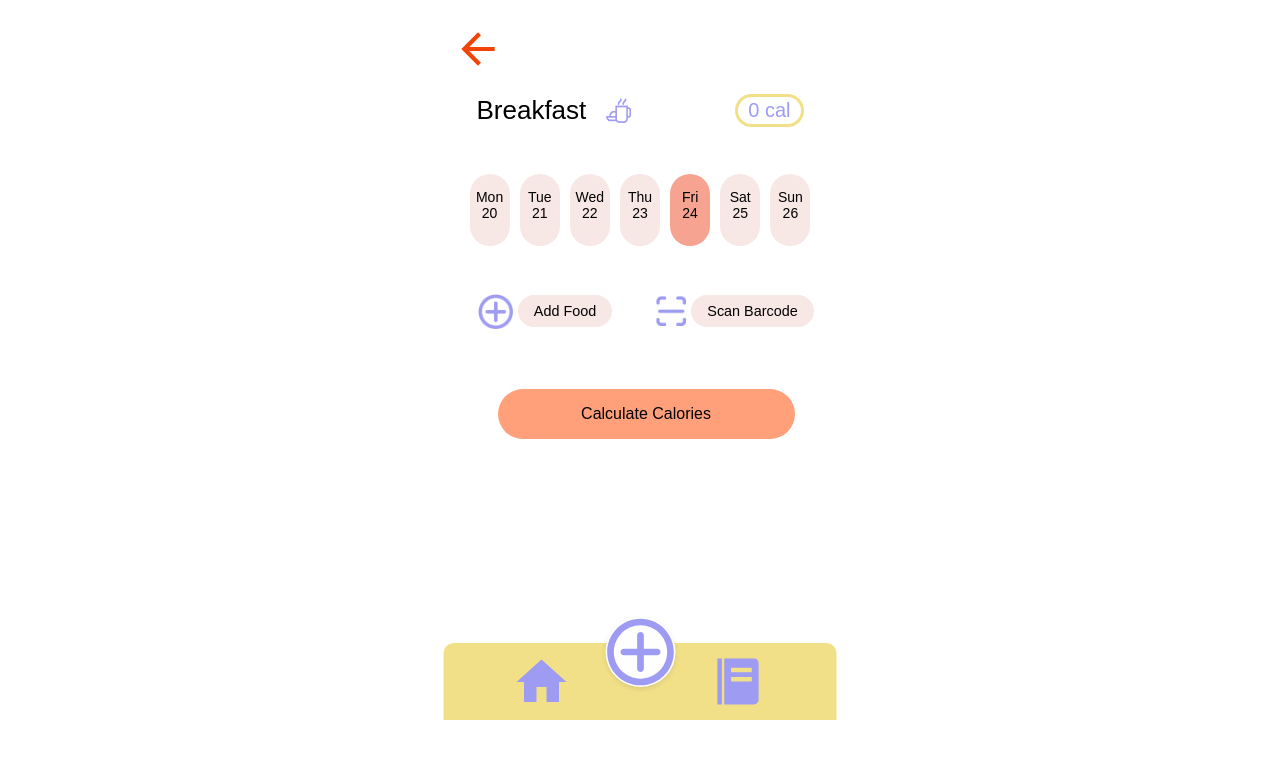
Repository: MeowCeline00/G5-Calorie-Tracker
Page: breakfastAddPage/index.html
These files come from the project's save history. The page is drawn as it stood at one moment and after the next save; the edit follows.
The browser window is 1280 px wide. The pictures show the whole page.

Above is the page before, as saved 2024-05-26 07:40:41.
Console error: ReferenceError: renderLandingPage is not defined

### breakfastAddPage/index.html
<!DOCTYPE html>
<html lang="en">

<head>
  <meta charset="UTF-8">
  <meta name="viewport" content="width=device-width, initial-scale=1.0">
  <title>Calorie Tracker</title>
  <link rel="stylesheet" href="/breakfastAddPage/styles.css">
  <link rel="stylesheet" href="/styles/Home.css">
</head>

<body>
  <div class="container">
    <a href="/addPage/Add.html" ><img src="/images/back_button.svg" ></a>
    <header class="header">
      <h1 class="title">Breakfast</h1>
      <img src="/images/breakfast.png" alt="Add Icon" width="25" height="25">
      <button class="calButton">0 cal</button>
    </header>
    <section class="dateSelector">
      <button class="dateNav" id="prevDate">
      </button>
      <div class="dates" id="dateList"></div>
      <button class="dateNav" id="nextDate">
      </button>
    </section>
    <main>
      <div class="actions">
        <div class="actions">
          <img src="/images/add.png" alt="Add Icon" width="35" height="35">
          <button class="action-btn" id="showFormButton">Add Food</button>
        </div>
        <div class="actions">
          <img src="/images/scan.png" alt="Scan Icon" width="30" height="30">
          <button class="action-btn">Scan Barcode</button>
        </div>
      </div>
      <div class="food-list">
      </div>
      <button class="calculate-btn" id="calculateButton">
        <a href="/BreakfastCalCounter/index.html" class="calculate-btn-link">Calculate Calories</a>
    </button>
    </main>
    <div class="popup-container" id="foodFormContainer">
      <div class="popup">
        <input type="text" id="foodName" placeholder="Food Name">
        <input type="number" id="foodAmount" placeholder="Amount (g)">
        <input type="number" id="foodCalories" placeholder="Calories">
        <button id="addFoodButton">Add</button>
        <button id="cancelButton">Cancel</button>
      </div>
    </div>
  </div>
  <div class="navContainer">
    <nav class="navbar">
      <div class="navItem" onclick="navigateTo('home2')">
        <img src="/images/home_icon.svg" alt="Home" width="60" height="60" />
      </div>
      <div class="addButtonContainer">
        <div class="addnewButton" onclick="navigateTo('addNew')">
          <img src="/images/add_icon.svg" alt="Add" width="80" height="80" />
        </div>
      </div>
      <div class="navItem" onclick="navigateTo('recipes')">
        <img src="/images/recipes_icon.svg" alt="Recipes" width="55" height="55" />
      </div>
    </nav>
  </div>
  <script src="/addPage/script.js"></script>
  <script src="./scripts/home.js"></script>
  <script src="/scripts/app.js"></script>
  <script src="/scripts/navbar.js"></script>
</body>
</html>

### breakfastAddPage/styles.css
.container {
  max-width: 375px;
  margin: 0 auto;
  padding: 1rem;
  min-height: 100vh;
  border-radius: 10px;
  overflow-y: auto;
}
.header {
  display: flex;
  justify-content: space-between;
  align-items: center;
  width: 100%;
}
.title {
  font-size: 26px;
  font-family: 'Saira', sans-serif;
  font-weight: 500;
  margin-left: auto;
  margin-right: 20px;
}
.header img {
  margin-right: 80px;
}
.calButton {
  margin: 0 auto;
  background-color: transparent;
  color: #9E9BF2;
  border: 3px solid #F2E088;
  padding: 0px 10px;
  text-align: center;
  min-width: 55px;
  height: 33px;
  border-radius: 40px;
  font-size: 20px;
  font-family: 'Catamaran', sans-serif;
  display: inline-block;
}
.dateSelector {
  display: flex;
  justify-content: center;
  align-items: center;
  margin: 10px 0;
}
.dateNav {
  background-color: transparent;
  border: none;
  text-align: center;
  font-size: 20px;
}
.dates {
  display: flex;
  text-align: center;
  justify-content: space-around;
  width: 100%;
}
.date {
  width: 40px;
  height: 57px;
  background-color: #F7E8E5;
  padding-top: 15px;
  margin: 20px 5px;
  margin-bottom: 38px;
  border-radius: 20px;
  text-align: center;
  cursor: pointer;
  font-size: 14px;
  font-family: 'Catamaran', sans-serif;
}
.date:hover {
  background-color: rgba(242, 126, 99, 0.7);
}
.active {
  background-color: rgba(242, 126, 99, 0.7);
}
.currentDay {
  background-color: rgba(242, 126, 99, 0.7);
}
.delete-btn {
  background: none;
  border: none;
  font-size: 1.2rem;
  cursor: pointer;
}
.calculate-btn {
  margin-left: 45px;
  width: 297px;
  height: 50px;
  text-align: center;
  background-color: #ffa07a;
  border: none;
  border-radius: 36px;
  padding: 0.7rem;
  font-size: 1rem;
  cursor: pointer;
  margin-bottom: 100px;
}
.calculate-btn-link {
  text-decoration: none;
  color: black;
}
.actions {
  display: flex;
  justify-content: space-between;
  margin-bottom: 1rem;
  display: flex;
  width: 100%;
  justify-content: center;
  align-items: center;
  gap: 5px;
  margin-bottom: 30px;
}
.action-btn {
  background-color: #F7E8E5;
  border: none;
  padding: 0.5rem 1rem;
  font-size: 0.9rem;
  font-family: 'Catamaran', sans-serif;
  border: none;
  border-radius: 18px;
  cursor: pointer;
}
.action-btn:hover {
  background-color: rgba(242, 126, 99, 0.7);
}
.buttons {
  display: flex;
  width: 100%;
  justify-content: center;
  align-items: center;
  gap: 5px;
  margin-bottom: 30px;
}
.bottomContainer {
  margin-top: 30px;
  width: 100%;
}
.bottomContainer button {
  font-family: 'Catamaran';
  font-size: large;
  background-color: var(--light_orange_opacity);
  border: none;
  padding: 7px 60px;
  border-radius: 25px;
  cursor: pointer;
}
.bottomContainer button:hover {
  background-color: var(--light_orange);
}
.popup-container {
  display: none;
  position: fixed;
  top: 0;
  left: 0;
  width: 100%;
  height: 100%;
  justify-content: center;
  align-items: center;
  background-color: rgba(0, 0, 0, 0.5);
  z-index: 9999;
}
.popup {
  background-color: #F7E8E5;
  width: 300px;
  padding: 20px;
  border-radius: 10px;
  box-shadow: 0 2px 5px rgba(0, 0, 0, 0.2);
}
.popup input[type="text"],
.popup input[type="number"] {
  width: calc(100% - 40px);
  padding: 10px;
  margin-bottom: 10px;
  border: 1px solid #F7E8E5;
  border-radius: 5px;
  margin-left: 10px;
}
.popup button {
  padding: 10px 20px;
  margin-right: 10px;
  border: none;
  border-radius: 5px;
  cursor: pointer;
}
#addFoodButton {
  background-color: #ffa07a;
  color: #000;
  margin-left: 70px;
}
#cancelButton {
  background-color: #F2E088;
  color: #000;
}
#addFoodButton:hover {
  background-color: rgb(255, 160, 122, 0.6);
}
#cancelButton:hover {
  background-color: rgb(242, 224, 136, 0.6);
}
.inputContainer {
  width: 330px;
  display: flex;
  gap: 10px;
  margin: 0 auto;
  justify-content: flex-start;
  align-items: center;
  background: #F7E8E5;
  border-radius: 20px;
  margin-bottom: 15px;
  position: relative;
  padding-left: 20px;
  padding-right: 10px;

}

.inputBox {
  flex-grow: 1;
}
.inputBox input {
  border: 1px solid #F7E8E5;
  margin-top: 5px;
  font-size: medium;
  background-color: #F7E8E5;
}
.inputBox p {
  text-align: left;
  color: #9E9BF2;
  font-size: small;
  margin-top: 5px;
}
.calories {
  display: flex;
  justify-content: center;
  color: #9E9BF2;
  align-items: center;
  margin-right: 60px;

  gap: 5px;
}
.number {
  font-size: 20px;
}
.trash {
  cursor: pointer;
  position: absolute;
  right: 20px;
}

### styles/Home.css
#root {
    width: 393px;
    height: 852px;
    background-color: #fff;
    border-radius: 10px;
    overflow: hidden;
    position: relative;
}

.mainContent {
    width: 100%;
    height: 100%;
    display: flex;
    flex-direction: column;
    justify-content: flex-start;
    position: relative;
}

.topBar {
    padding: 15px 20px;
    background-color: #fff;
    display: flex;
    justify-content: space-between;
    align-items: center;
    z-index: 1;
}

.greeting {
    display: flex;
    flex-direction: column;
    text-align: left;
}

.greeting h2 {
    margin: 0;
    font-size: 1.5rem;
    color: #000;
}

.greeting p {
    margin: 0;
    font-size: 1rem;
    color: #666;
}

.profileIcon {
    display: flex;
    align-items: center;
    justify-content: center;
    cursor: pointer;
}

.dateChange {
    display: flex;
    justify-content: center;
    align-items: center;
    padding: 10px 0;
    background-color: #fff;
}

.meal_container {
    flex: 1;
    width: 100%;
    padding: 20px;
    box-sizing: border-box;
    overflow-y: auto;
    position: relative;
    z-index: 0;
}

.meals {
    width: 100%;
    padding: 10px 0;
    box-sizing: border-box;
}

.mealItem {
    display: flex;
    flex-direction: column;
    justify-content: space-between;
    align-items: flex-start;
    padding: 15px;
    margin: 10px 0;
    border-radius: 12px;
    background-color: var(--light_pink);
    width: 100%;
    height: auto;
    box-shadow: 0 2px 5px rgba(0, 0, 0, 0.1);
}

.mealHeading {
    font-weight: bold;
    margin-bottom: 10px;
    font-size: 1.2rem;
}

.mealDetails {
    display: flex;
    align-items: center;
    width: 100%;
    justify-content: space-between;
}

.mealDetails p {
    margin-left: 10px;
    color: #9E9BF2;
}

.calorieContainer {
    display: flex;
    align-items: center;
    justify-content: space-between;
    background-color: white;
    border: 4px solid #F2E088;
    border-radius: 30px;
    padding: 5px 10px;
}

.addButton {
    background: none;
    border: none;
    cursor: pointer;
    margin-left: 10px;
}

.navContainer {
    width: 100%;
    max-width: 393px;
    height: 77px;
    display: flex;
    position: fixed;
    bottom: 0;
    left: 50%;
    transform: translateX(-50%);
    background-color: #F2E088;
    border-radius: 10px 10px 0 0;
    justify-content: space-between;
    align-items: center;
    box-sizing: border-box;
    z-index: 1000;
}

.navbar {
    width: 100%;
    display: flex;
    justify-content: space-between;
    align-items: center;
    position: relative;
}

.navItem {
    display: flex;
    cursor: pointer;
    flex: 1;
    justify-content: center;
}

.addButtonContainer {
    display: flex;
    justify-content: center;
    align-items: center;
    width: 70px;
    height: 70px;
    background-color: #ffffff;
    border-radius: 50%;
    position: absolute;
    top: -35px;
    left: 50%;
    transform: translateX(-50%);
    cursor: pointer;
    box-shadow: 0 2px 5px rgba(0, 0, 0, 0.1);
}

.addnewButton {
    display: flex;
    justify-content: center;
    align-items: center;
    border-radius: 50%;
}

### addPage/script.js
const getDayOfWeek = (date) => {
  const dayIndex = date.getDay();
  return dayIndex === 0 ? 6 : dayIndex - 1;
};

const currentDate = new Date();
currentDate.setDate(24);
currentDate.setMonth(4);

const generateDays = () => {
  const days = [];
  const currentDayOfWeek = getDayOfWeek(currentDate);

  for (let i = 0; i < 7; i++) {
    const date = new Date(currentDate);
    date.setDate(date.getDate() - currentDayOfWeek + i);
    days.push({
      day: date.toLocaleDateString('en-US', { weekday: 'short' }),
      date: date.getDate(),
      isToday: date.getDate() === currentDate.getDate(),
    });
  }

  return days;
};

const days = generateDays();
let activeIndex = currentDate.getDate() - 1;

const renderDates = () => {
  const dateList = document.getElementById('dateList');
  dateList.innerHTML = '';
  days.forEach((day, index) => {
    const dateElement = document.createElement('span');
    dateElement.className = `date ${index === activeIndex ? 'active' : ''} ${day.isToday ? 'currentDay' : ''}`;
    dateElement.innerHTML = `${day.day}<br />${day.date}`;
    dateElement.onclick = () => setActiveIndex(index);
    dateList.appendChild(dateElement);
  });
};

const setActiveIndex = (index) => {
  activeIndex = index;
  renderDates();
};

const changeDate = (direction) => {
  let newIndex = activeIndex + direction;
  if (newIndex < 0) {
    newIndex = 0;
  } else if (newIndex >= days.length) {
    newIndex = days.length - 1;
  }
  setActiveIndex(newIndex);
};

document.getElementById('prevDate').onclick = () => changeDate(-1);
document.getElementById('nextDate').onclick = () => changeDate(1);

renderDates();

### scripts/home.js
function renderHomePage() {
  const root = document.getElementById('root');
  const userName = localStorage.getItem('userName') || 'User Name';
  const userPhoto = localStorage.getItem('userPhoto') || './images/profile_icon.svg';

  const breakfastCalories = localStorage.getItem('breakfastCalories') || 0;
  const lunchCalories = localStorage.getItem('lunchCalories') || 0;
  const dinnerCalories = localStorage.getItem('dinnerCalories') || 0;
  const snacksCalories = localStorage.getItem('snacksCalories') || 0;

  root.innerHTML = `
    <div class="mainContent">
      <div class="topBar">
        <div class="greeting">
          <h2>Hello,</h2>
          <p>${userName}</p>
        </div>
        <div class="profileIcon" onclick="navigateTo('profile')">
          <img src="${userPhoto}" alt="Profile" width="50" height="50" />
        </div>
      </div>
      <div class="dateChange">
        ${renderDateComponent()}
      </div>
      <div class="meal_container">
        <div class="meals">
          ${renderMealItem('Breakfast', './images/breakfast_icon.svg', '', breakfastCalories, "navigateTo('breakfastCalorie')")}
          ${renderMealItem('Lunch', './images/lunch_icon.svg', '', lunchCalories, "navigateTo('lunchCalorie')")}
          ${renderMealItem('Dinner', './images/dinner_icon.svg', '', dinnerCalories, "navigateTo('dinnerCalorie')")}
          ${renderMealItem('Snacks', './images/snacks_icon.svg', '', snacksCalories, "navigateTo('snacksCalorie')")}
        </div>
      </div>

      ${renderNavbar()}
      <div class="totalCalories">
        Total Calories: <span id="totalCalories">${parseInt(breakfastCalories) + parseInt(lunchCalories) + parseInt(dinnerCalories) + parseInt(snacksCalories)}</span> cal
      </div>
    </div>
  `;
}

### scripts/app.js
document.addEventListener('DOMContentLoaded', () => {
    navigateTo('landing');
});

function navigateTo(page) {
    switch (page) {
        case 'landing':
            renderLandingPage();
            break;
        case 'home':
            renderHomePage();
            break;
        case 'profile':
            renderProfilePage();
            break;
        case 'lunchCalorie':
            window.location.href = '/lunchAddPage/index.html';
            break;
        case 'addNew':
            window.location.href = '/addPage/Add.html';
            break;
        case 'dinnerCalorie':
            window.location.href = '/dinnerAddPage/index.html';
            break;
        case 'snacksCalorie':
            window.location.href = '/snacksAddPage/index.html';
            break;
        case 'breakfastCalorie':
            window.location.href = '/breakfastAddPage/index.html';
            break;
        case 'burnedCalorie':
            window.location.href = '/burnedAddPage/index.html';
            break;
        default:
            console.error('Invalid page:', page);
            break;
    }
}

### scripts/navbar.js
function renderNavbar() {
    return `
      <div class="navContainer">
        <nav class="navbar">
          <div class="navItem" onclick="navigateTo('home')">
            <img src="/images/home_icon.svg" alt="Home" width="60" height="60" />
          </div>
          <div class="addButtonContainer">
            <div class="addnewButton" onclick="navigateTo('addNew')">
              <img src="/images/add_icon.svg" alt="Add" width="80" height="80" />
            </div>
          </div>
          <div class="navItem" onclick="navigateTo('recipes')">
            <img src="/images/recipes_icon.svg" alt="Recipes" width="55" height="55" />
          </div>
        </nav>
      </div>
    `;
}

After the next save:
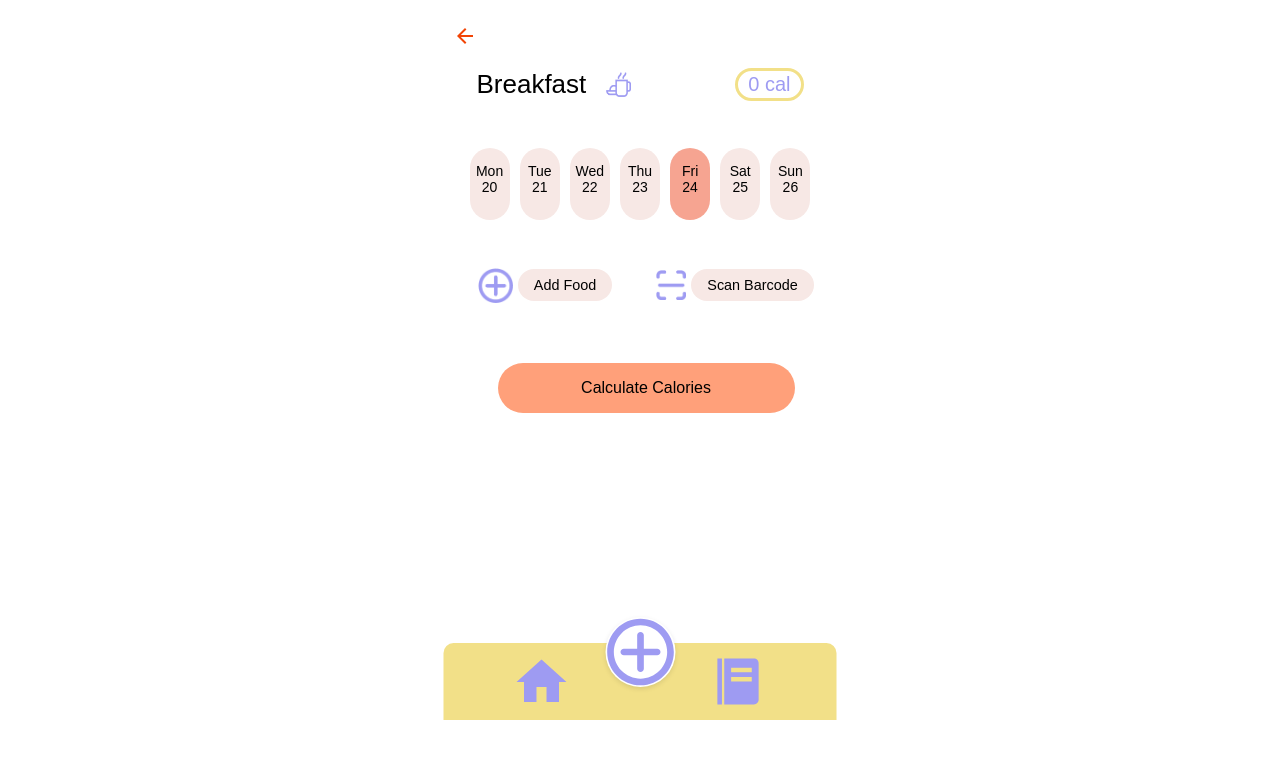
Saved 28 s later.
--- a/breakfastAddPage/index.html
+++ b/breakfastAddPage/index.html
@@ -11,7 +11,7 @@
 
 <body>
   <div class="container">
-    <a href="/addPage/Add.html" ><img src="/images/back_button.svg" ></a>
+    <a href="/addPage/Add.html" ><img src="/images/back_button.svg" width="24" height="24" ></a>
     <header class="header">
       <h1 class="title">Breakfast</h1>
       <img src="/images/breakfast.png" alt="Add Icon" width="25" height="25">
